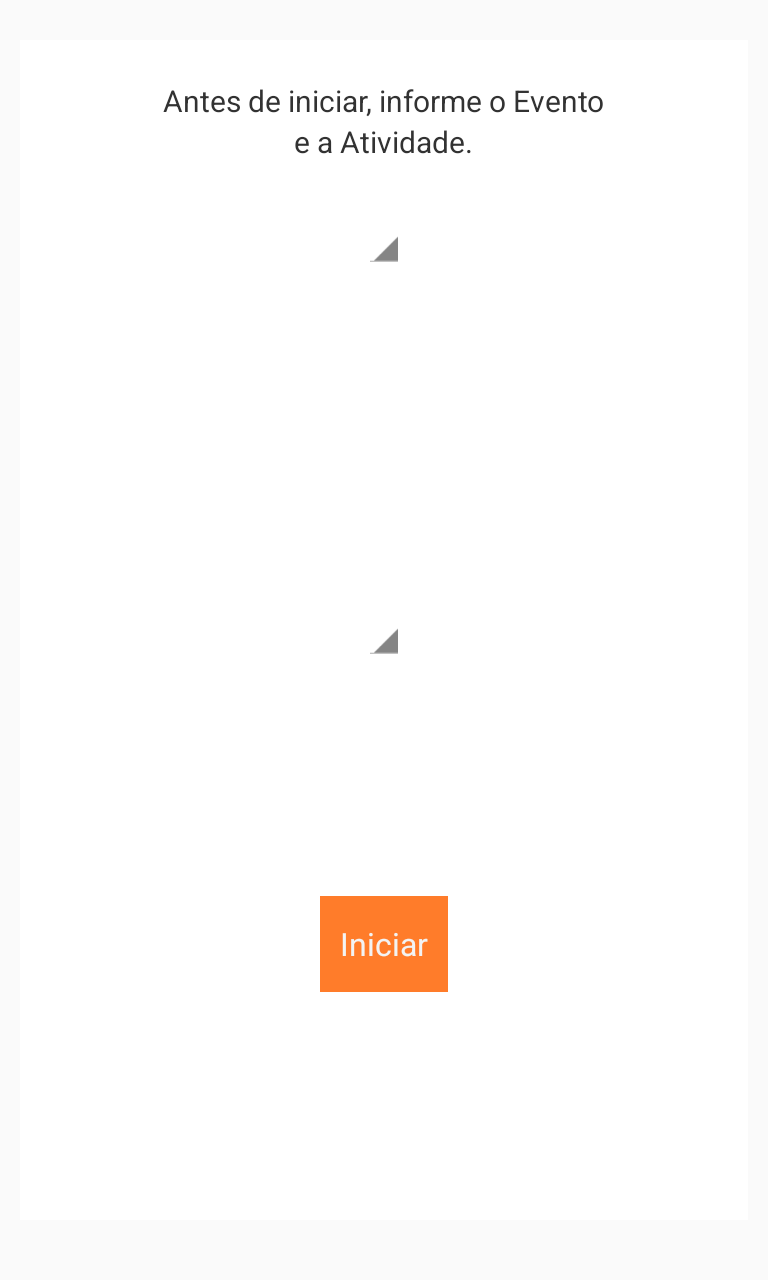
Repository: jhonpatrick/Projeto-QrCode-TDA-Informatica-
Layout: Intelligence/res/layout/activity_tela_de_atividades.xml
An editor plug-in stored every save of this project. The layout is shown before and after the next save, followed by the edit.
It is drawn on a 768 x 1280 px phone screen (xhdpi) without system bars, with theme AppTheme; the app's code is not run.

Above is the layout before, as saved 2016-03-17 13:03:15.

### Intelligence/res/layout/activity_tela_de_atividades.xml
<RelativeLayout xmlns:android="http://schemas.android.com/apk/res/android"
    xmlns:tools="http://schemas.android.com/tools"
    android:id="@+id/layout1"
    android:layout_width="match_parent"
    android:layout_height="match_parent"
    android:background="#fafafa"
    tools:context="br.com.intelligence.TelaDeAtividades" >

    <RelativeLayout
        android:id="@+id/layout2"
        android:layout_width="wrap_content"
        android:layout_height="wrap_content"
        android:layout_alignParentBottom="true"
        android:layout_alignParentLeft="true"
        android:layout_alignParentRight="true"
        android:layout_alignParentTop="true"
        android:layout_marginBottom="30dp"
        android:layout_marginLeft="10dp"
        android:layout_marginRight="10dp"
        android:layout_marginTop="20dp"
        android:background="#ffffff" >

        <TextView
            android:id="@+id/txt_info2"
            android:layout_width="wrap_content"
            android:layout_height="wrap_content"
            android:layout_centerHorizontal="true"
            android:layout_marginTop="20dp"
            android:text="@string/info1"
            android:textSize="15sp" />

        <TextView
            android:id="@+id/txt_info3"
            android:layout_width="wrap_content"
            android:layout_height="wrap_content"
            android:layout_below="@+id/txt_info2"
            android:layout_centerHorizontal="true"
            android:text="@string/info2"
            android:textSize="15sp" />

        <Spinner
            android:id="@+id/spinner1"
            android:layout_width="wrap_content"
            android:layout_height="wrap_content"
            android:layout_below="@+id/txt_info3"
            android:layout_centerHorizontal="true"
            android:layout_marginTop="22dp" />

        <Spinner
            android:id="@+id/spinner2"
            android:layout_width="wrap_content"
            android:layout_height="wrap_content"
            android:layout_centerHorizontal="true"
            android:layout_centerVertical="true" />

        <Button
            android:id="@+id/button1"
            style="@style/ShareButton"
            android:layout_width="wrap_content"
            android:layout_height="wrap_content"
            android:layout_alignParentBottom="true"
            android:layout_centerHorizontal="true"
            android:layout_marginBottom="114dp"
            android:background="#ff7c2a"
            android:onClick="iniciar"
            android:text="@string/iniciar"
            android:textSize="16sp" />
    </RelativeLayout>

</RelativeLayout>

### Intelligence/res/values/styles.xml
<?xml version="1.0" encoding="UTF-8"?>
<!--
 Copyright (C) 2012 ZXing authors

 Licensed under the Apache License, Version 2.0 (the "License");
 you may not use this file except in compliance with the License.
 You may obtain a copy of the License at

      http://www.apache.org/licenses/LICENSE-2.0

 Unless required by applicable law or agreed to in writing, software
 distributed under the License is distributed on an "AS IS" BASIS,
 WITHOUT WARRANTIES OR CONDITIONS OF ANY KIND, either express or implied.
 See the License for the specific language governing permissions and
 limitations under the License.
 -->
<resources xmlns:android="http://schemas.android.com/apk/res/android">

  <style name="ResultButton" parent="@android:style/Widget.Holo.Button.Borderless.Small">
    <item name="android:layout_width">0dip</item>
    <item name="android:layout_height">wrap_content</item>
    <item name="android:layout_weight">1</item>
  </style>
  <style name="ShareButton" parent="@android:style/Widget.Holo.Button.Borderless.Small">
    <item name="android:layout_width">wrap_content</item>
    <item name="android:layout_height">wrap_content</item>
  </style>

  <style name="AppBaseTheme" parent="android:Theme.Light">
        <!--
            Theme customizations available in newer API levels can go in
            res/values-vXX/styles.xml, while customizations related to
            backward-compatibility can go here.
        -->
    </style>

    <!-- Application theme. -->
    <style name="AppTheme" parent="AppBaseTheme">
        <!-- All customizations that are NOT specific to a particular API-level can go here. -->
    </style>
</resources>

### Intelligence/res/values/strings.xml
<?xml version="1.0" encoding="UTF-8"?>
<!--
 Copyright (C) 2010 ZXing authors

 Licensed under the Apache License, Version 2.0 (the "License");
 you may not use this file except in compliance with the License.
 You may obtain a copy of the License at

      http://www.apache.org/licenses/LICENSE-2.0

 Unless required by applicable law or agreed to in writing, software
 distributed under the License is distributed on an "AS IS" BASIS,
 WITHOUT WARRANTIES OR CONDITIONS OF ANY KIND, either express or implied.
 See the License for the specific language governing permissions and
 limitations under the License.



-->
<resources>

    <!-- minhas String's -->


    <!-- tela de login -->
    <string name="bem_vindo">Seja Bem-vindo ao Intelligence!</string>
    <string name="info1">Antes de iniciar, informe o Evento</string>
    <string name="info2">e a Atividade.</string>
    <string name="img_eventos">img_eventos</string>
    <string name="img_atividade">img_atividade</string>
    <string name="iniciar">Iniciar</string>
    <string name="login">Login: </string>
    <string name="dica_login">Digite seu email</string>
    <string name="senha">Senha: </string>
    <string name="inteligence">img_intelligence</string>
    <string name="dica_senha">Senha</string>
    <string name="logar">Entrar</string>
    <string name="limpar">Limpar</string>
    <string name="sair">Sair</string>
    <string name="Mostrar_senha">Mostrar senha</string>
    <string name="manter_conectado">Manter-me conectado</string>

    <!-- tela de scanner -->
    <string name="app_name">Intelligence</string>
    <string name="sem_label"></string>
    <string name="hello_world">Hello world!</string>
    <string name="action_settings">Settings</string>
    <string name="tda_qrcode">Intelligence</string>
    <string name="ola_usuario">Olá, </string>
    <string name="info_eventos">Eventos</string>
    <string name="info_atividade">Atividades</string>
    <string name="historico">Histórico</string>
    <string name="title_activity_historico">Histórico</string>
    <string name="leitura">Leitura: </string>
    <string name="voltar">Voltar</string>
    <string name="historico_vazio">Lista de histórico está vazia!</string>
    <string name="compartilhar">Compartilhar</string>
    <string name="preferencias">Preferências</string>
    <string name="ajuda">Ajuda</string>
    <string name="enviar">Enviar Todos</string>
    <string name="apagar">Apagar</string>
    <string name="nao_implementado">Função não implementada.</string>

    <!-- menu de opções da tela principal do intelligence -->
    <string name="menu_intelligence_sobre">Sobre</string>
    <string name="menu_intelligence_sair">Sair</string>

    <!-- string name="app_name">Barcode Scanner</string -->
    <string name="app_picker_name">Applications</string>
    <string name="bookmark_picker_name">Bookmarks</string>
    <string name="button_add_calendar">Add to calendar</string>
    <string name="button_add_contact">Add contact</string>
    <string name="button_book_search">Book Search</string>
    <string name="button_cancel">Cancel</string>
    <string name="button_custom_product_search">Custom search</string>
    <string name="button_dial">Dial number</string>
    <string name="button_email">Send email</string>
    <string name="button_get_directions">Get directions</string>
    <string name="button_mms">Send MMS</string>
    <string name="button_ok">OK</string>
    <string name="button_open_browser">Open browser</string>
    <string name="button_product_search">Product search</string>
    <string name="button_search_book_contents">Search contents</string>
    <string name="button_share_app">Application</string>
    <string name="button_share_bookmark">Bookmark</string>
    <string name="button_share_by_email">Share via email</string>
    <string name="button_share_by_sms">Share via SMS</string>
    <string name="button_share_clipboard">Clipboard</string>
    <string name="button_share_contact">Contact</string>
    <string name="button_show_map">Show map</string>
    <string name="button_sms">Send SMS</string>
    <string name="button_web_search">Web search</string>
    <string name="button_wifi">Connect to Network</string>
    <string name="contents_contact">Contact info</string>
    <string name="contents_email">Email address</string>
    <string name="contents_location">Geographic coordinates</string>
    <string name="contents_phone">Phone number</string>
    <string name="contents_sms">SMS address</string>
    <string name="contents_text">Plain text</string>
    <string name="history_clear_text">Clear history</string>
    <string name="history_clear_one_history_text">Clear</string>
    <string name="history_enviar_um">Enviar</string>
    <string name="history_email_title">Barcode Scanner history</string>
    <string name="history_empty">The history is empty.</string>
    <string name="history_empty_detail">Nenhum QrCode foi registrado.</string>
    <string name="history_send">Send history</string>
    <string name="history_title">History</string>
    <string name="menu_encode_mecard">Use MECARD</string>
    <string name="menu_encode_vcard">Use vCard</string>
    <string name="menu_help">Help</string>
    <string name="menu_history">History</string>
    <string name="menu_settings">Settings</string>
    <string name="menu_share">Share</string>
    <string name="msg_bulk_mode_scanned">Bulk mode: barcode scanned and saved</string>
    <string name="msg_camera_framework_bug">Sorry, the Android camera encountered a problem. You may need to restart the device.</string>
    <string name="msg_default_format">Format</string>
    <string name="msg_default_meta">Metadata</string>
    <string name="msg_default_mms_subject">Hi</string>
    <string name="msg_default_status">Place a barcode inside the viewfinder rectangle to scan it.</string>
    <string name="msg_default_time">Time</string>
    <string name="msg_default_type">Type</string>
    <string name="msg_encode_contents_failed">Could not encode a barcode from the data provided.</string>
    <string name="msg_google_books">Google</string>
    <string name="msg_google_product">Google</string>
    <string name="msg_intent_failed">Sorry, the requested application could not be launched. The barcode contents may be invalid.</string>
    <string name="msg_redirect">Redirect</string>
    <string name="msg_sbc_book_not_searchable">Sorry, this book is not searchable.</string>
    <string name="msg_sbc_failed">Sorry, the search encountered a problem.</string>
    <string name="msg_sbc_no_page_returned">No page returned</string>
    <string name="msg_sbc_page">Page</string>
    <string name="msg_sbc_results">Results</string>
    <string name="msg_sbc_searching_book">Searching book\u2026</string>
    <string name="msg_sbc_snippet_unavailable">Snippet not available</string>
    <string name="msg_share_explanation">You can share data by displaying a barcode on your screen and scanning it with another phone.</string>
    <string name="msg_share_text">Or type some text and press Enter</string>
    <string name="msg_sure">Are you sure?</string>
    <string name="msg_confirmar_envio">Enviar todos?</string>
    <string name="msg_unmount_usb">Sorry, the SD card is not accessible.</string>
    <string name="preferences_actions_title">When a barcode is found\u2026</string>
    <string name="preferences_auto_focus_title">Use auto focus</string>
    <string name="preferences_bulk_mode_summary">Scan and save many barcodes continuously</string>
    <string name="preferences_bulk_mode_title">Bulk scan mode</string>
    <string name="preferences_copy_to_clipboard_title">Copy to clipboard</string>
    <string name="preferences_custom_product_search_summary" formatted="false">Substitutions: %s = contents, %f = format, %t = type</string>
    <string name="preferences_custom_product_search_title">Custom search URL</string>
    <string name="preferences_decode_1D_title">1D barcodes</string>
    <string name="preferences_decode_Data_Matrix_title">Data Matrix</string>
    <string name="preferences_decode_QR_title">QR Codes</string>
    <string name="preferences_device_bug_workarounds_title">Device Bug Workarounds</string>
    <string name="preferences_disable_continuous_focus_summary">Use only standard focus mode</string>
    <string name="preferences_disable_continuous_focus_title">No continuous focus</string>
    <string name="preferences_disable_exposure_title">No exposure</string>
    <string name="preferences_front_light_summary">Improves scanning in low light on some phones, but may cause glare. Does not work on all phones.</string>
    <string name="preferences_front_light_title">Use front light</string>
    <string name="preferences_front_light_auto">Automatic</string>
    <string name="preferences_front_light_off">Off</string>
    <string name="preferences_front_light_on">On</string>
    <string name="preferences_general_title">General settings</string>
    <string name="preferences_invert_scan_title">Invert scan</string>
    <string name="preferences_invert_scan_summary">Scan for white barcodes on black background. Not available on some devices.</string>
    <string name="preferences_name">Settings</string>
    <string name="preferences_play_beep_title">Beep</string>
    <string name="preferences_remember_duplicates_summary">Store multiple scans of the same barcode in History</string>
    <string name="preferences_remember_duplicates_title">Remember duplicates</string>
    <string name="preferences_result_title">Result settings</string>
    <string name="preferences_scanning_title">When scanning for barcodes, decode\u2026</string>
    <string name="preferences_search_country">Search country</string>
    <string name="preferences_try_bsplus">Try Barcode Scanner+</string>
    <string name="preferences_try_bsplus_summary">Enhanced with new features and interface</string>
    <string name="preferences_supplemental_summary">Try to retrieve more information about the barcode contents</string>
    <string name="preferences_supplemental_title">Retrieve more info</string>
    <string name="preferences_vibrate_title">Vibrate</string>
    <string name="result_address_book">Found contact info</string>
    <string name="result_calendar">Found calendar event</string>
    <string name="result_email_address">Found email address</string>
    <string name="result_geo">Found geographic coordinates</string>
    <string name="result_isbn">Found book</string>
    <string name="result_product">Found product</string>
    <string name="result_sms">Found SMS address</string>
    <string name="result_tel">Found phone number</string>
    <string name="result_text">Found plain text</string>
    <string name="result_uri">Found URL</string>
    <string name="result_wifi">Found WLAN Configuration</string>
    <string name="sbc_name">Google Book Search</string>
    <string name="wifi_changing_network">Requesting connection to network\u2026</string>
    <string name="wifi_ssid_label">Network Name</string>
    <string name="wifi_type_label">Type</string>
    <string name="title_activity_teste">Teste IMEI</string>
    <string name="title_activity_activity_login">Login</string>
    <string name="title_activity_tela_de_atividades">TelaDeAtividades</string>

</resources>

Loaded but not shown: Intelligence/res/values-v11/styles.xml (common file); Intelligence/res/values-v14/styles.xml (common file)

After the next save:
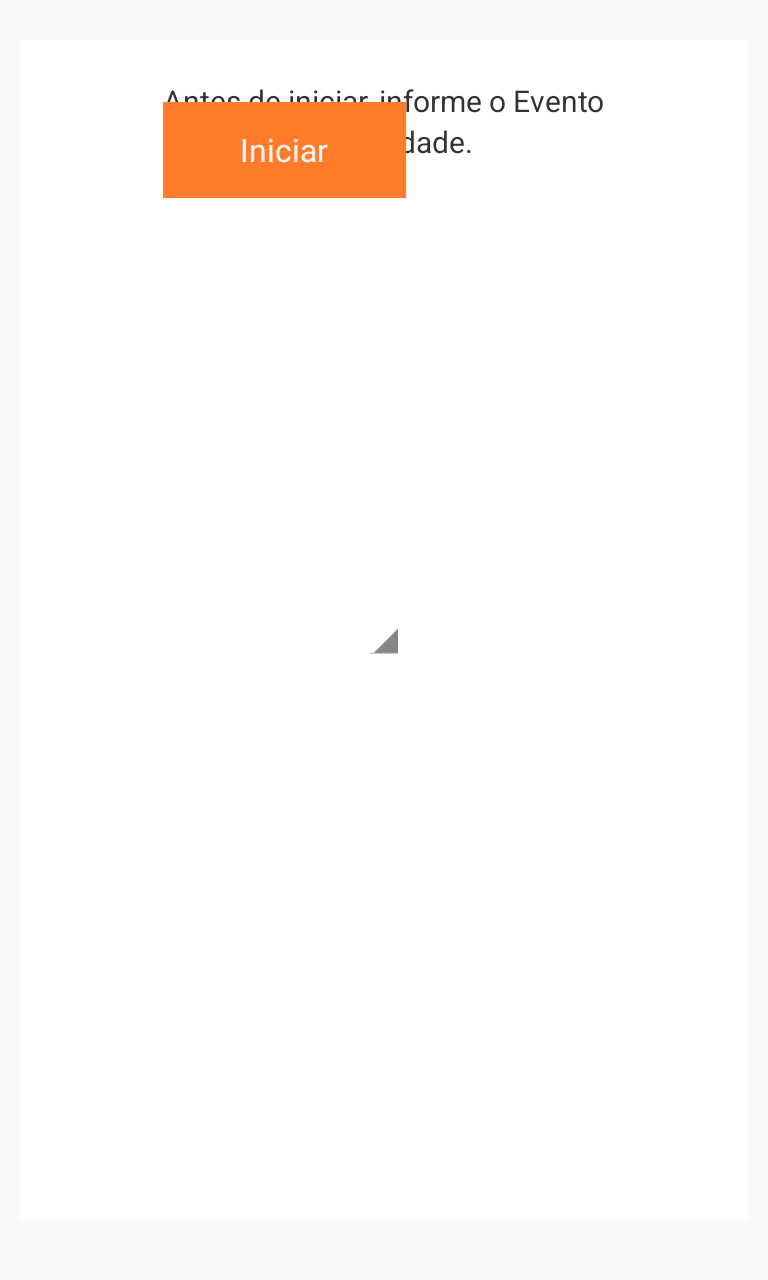
Saved 3 min 19 s later.
--- a/Intelligence/res/layout/activity_tela_de_atividades.xml
+++ b/Intelligence/res/layout/activity_tela_de_atividades.xml
@@ -39,15 +39,17 @@
             android:textSize="15sp" />
 
         <Spinner
-            android:id="@+id/spinner1"
+            android:id="@+id/spn_eventos"
             android:layout_width="wrap_content"
             android:layout_height="wrap_content"
             android:layout_below="@+id/txt_info3"
             android:layout_centerHorizontal="true"
-            android:layout_marginTop="22dp" />
+            android:layout_marginTop="22dp"
+            android:background="#fafafa"
+            android:contentDescription="@string/info_atividade" />
 
         <Spinner
-            android:id="@+id/spinner2"
+            android:id="@+id/spn_atividades"
             android:layout_width="wrap_content"
             android:layout_height="wrap_content"
             android:layout_centerHorizontal="true"
@@ -58,9 +60,10 @@
             style="@style/ShareButton"
             android:layout_width="wrap_content"
             android:layout_height="wrap_content"
-            android:layout_alignParentBottom="true"
-            android:layout_centerHorizontal="true"
-            android:layout_marginBottom="114dp"
+            android:layout_alignLeft="@+id/txt_info2"
+            android:layout_alignRight="@+id/spn_atividades"
+            android:layout_below="@+id/img_atividade"
+            android:layout_marginTop="31dp"
             android:background="#ff7c2a"
             android:onClick="iniciar"
             android:text="@string/iniciar"
